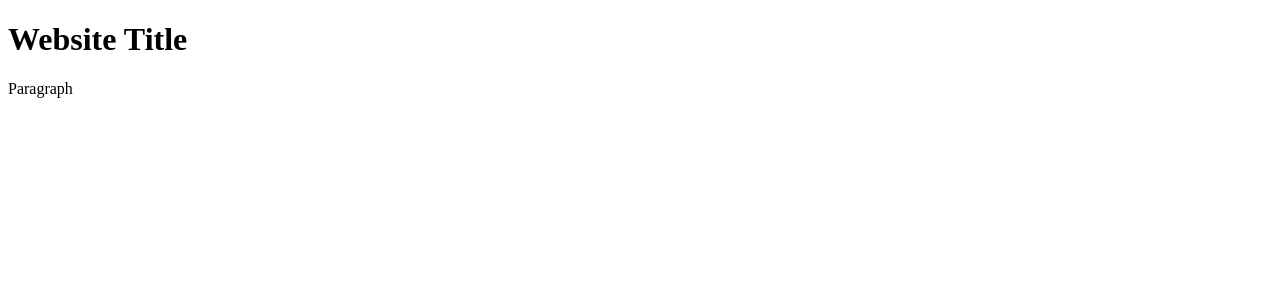
Repository: Kur0bane/Kur0bane.github.io
Page: index.html
The author's editor kept a record of every edit. The page is drawn from the files as they stood at one moment, then again after the next edit.
The browser window is 1280 px wide. The pictures show the whole page.

Above is the page before.

### index.html
<!DOCTYPE html>
<html>
<head>
<title>Title of Page</title>
</head>
<body>

<h1>Website Title</h1>
<p>Paragraph</p>

</body>
</html>

After the next edit:
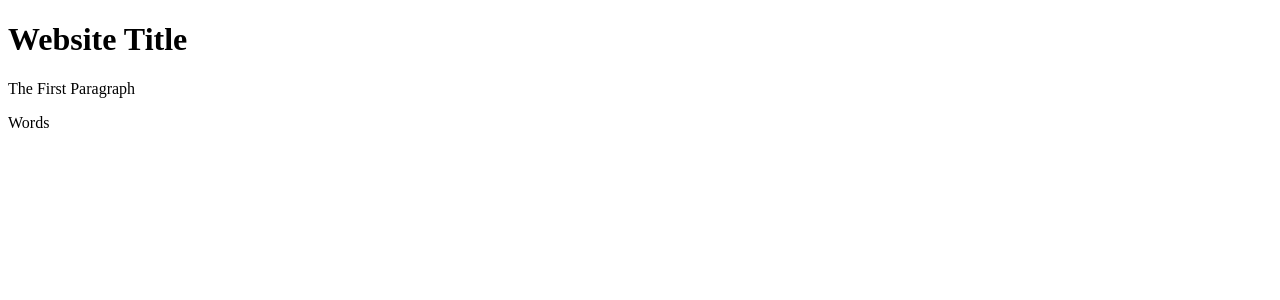
The edit:
--- a/index.html
+++ b/index.html
@@ -6,7 +6,8 @@
 <body>
 
 <h1>Website Title</h1>
-<p>Paragraph</p>
+<p>The First Paragraph</p>
+<p>Words</p>
 
 </body>
 </html>
